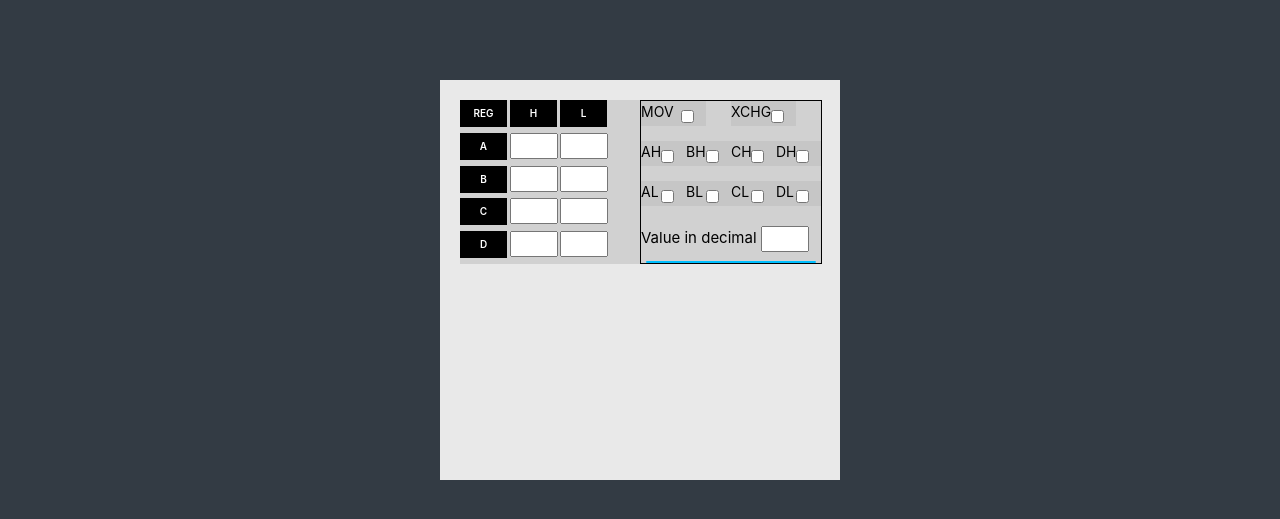
Repository: piookr-wsei/8086
Page: /
An editor plug-in stored every save of this project. The page is shown before and after the next save, followed by the edit.
The browser window is 1280 px wide. The pictures show the whole page.
The project was rebuilt for these pictures with package versions that can differ from the ones it lists, and the page was loaded fresh each time.

Above is the page before, as saved 2022-06-18 21:50:18.

### src/App.js
import React from 'react';
import { useState } from 'react';
import './App.css';
import { RegDesc, RegInput, RegWrapper, UiWindow, UiWrapper, SettingsWrapper, Labels, CheckWrapper, OpBox, LineWrap, NumDesc, RegChWrapper, Run } from './Components/Components.elements';


function App() {

  const xchg="xchg";
  const mov="mov"

  const [movChecked, setMovChecked] = useState(false);

  const [xchgChecked, setXchgChecked] = useState(false);

  const [opChosen,setOpChosen] = useState(null)

  function HandleCheck(name){
    if(name=="mov"){
      setMovChecked(!movChecked)
      setXchgChecked(false)
    }
    else if(name=="xchg"){
      setXchgChecked(!xchgChecked)
      setMovChecked(false)

    }
    setOpChosen(name)
  }

function OpChange(){
  return(
    <>
    <Labels>
      <CheckWrapper>
        MOV
        <OpBox type="checkbox"  checked={movChecked} onClick={() => HandleCheck(mov)} id="MOV"/>
      </CheckWrapper>
      <CheckWrapper style={{position:"relative", left:"10px"}}>
        XCHG
        <OpBox type="checkbox" checked={xchgChecked} onChange={() => HandleCheck(xchg)} id="XCHG" name="XCHG"/>
      </CheckWrapper>
    </Labels>
    </>
    )
  }







  return (
    <div className="App">
      <UiWindow>
        <UiWrapper>
          <RegWrapper>
            <RegDesc textContent={"REG"}/>  <RegDesc textContent={"H"}/>  <RegDesc textContent={"L"}/>

            <RegDesc textContent={"A"}/>  <RegInput maxLength={2}/> <RegInput maxLength={2}/>
            <RegDesc textContent={"B"}/>  <RegInput maxLength={2}/> <RegInput maxLength={2}/>
            <RegDesc textContent={"C"} />  <RegInput maxLength={2}/> <RegInput maxLength={2}/>
            <RegDesc textContent={"D"}/>  <RegInput maxLength={2}/> <RegInput maxLength={2}/>
          </RegWrapper>

          <SettingsWrapper>

              <OpChange/>

              <RegChWrapper>
                <CheckWrapper>
                  AH<OpBox type="checkbox"/>
                </CheckWrapper>
                <CheckWrapper>
                  BH<OpBox type="checkbox"/>
                </CheckWrapper>
                <CheckWrapper>
                  CH<OpBox type="checkbox"/>
                </CheckWrapper>
                <CheckWrapper>
                  DH<OpBox type="checkbox"/>
                </CheckWrapper>
                <CheckWrapper>
                  AL<OpBox type="checkbox"/>
                </CheckWrapper>
                <CheckWrapper>
                  BL<OpBox type="checkbox"/>
                </CheckWrapper>
                <CheckWrapper>
                  CL<OpBox type="checkbox"/>
                </CheckWrapper>
                <CheckWrapper>
                  DL<OpBox type="checkbox"/>
                </CheckWrapper>
              </RegChWrapper>

              <LineWrap>
              <NumDesc textContent={"Value in decimal"}/>  <RegInput maxLength={3} style={{width:"40px"}}/>
              </LineWrap>
              <Run></Run>
          </SettingsWrapper>



        </UiWrapper>
      </UiWindow>

    </div>
  );
}

export default App;

### src/App.css
body{
  height: 100%;
  background: rgba(1, 10, 22, 0.8);
}
.App {

}

.App-logo {
  height: 40vmin;
  pointer-events: none;
}

@media (prefers-reduced-motion: no-preference) {
  .App-logo {
    animation: App-logo-spin infinite 20s linear;
  }
}

.App-header {
  background-color: #282c34;
  min-height: 100vh;
  display: flex;
  flex-direction: column;
  align-items: center;
  justify-content: center;
  font-size: calc(10px + 2vmin);
  color: white;
}

.App-link {
  color: #61dafb;
}

@keyframes App-logo-spin {
  from {
    transform: rotate(0deg);
  }
  to {
    transform: rotate(360deg);
  }
}

### src/Components/Components.elements.js
import styled from "styled-components";

export const UiWindow = styled.div`
    height: 400px;
    width: 400px;
    background: rgb(233,233,233);
    position: relative;
    margin: auto;
    top: 80px;
`

export const UiWrapper = styled.div`
    border: 20px solid transparent;
    display: grid;
    grid-template-columns: 1fr 1fr;
`

export const RegWrapper = styled.div`
    width: 180px;
    background: rgba(0,0,0,0.1);
    position: relative;
    left: 0;
    display: grid;
    grid-template-columns: 50px 50px 50px;
`

export const RegInput = styled.input`
    height: 20px;
    width: 40px;
    margin-bottom:5px;
    text-align: center;
`

export const SettingsWrapper = styled.div`
    width: 180px;
    background: rgba(0,0,0,0.1);
    position: relative;
    right: 0;
    display: grid;
    grid-template-columns: 180px;
    border: solid 1px black;
    font-size: 14px;
    line-height: 22px;
    grid-template-rows: 40px 80px repeat(auto-fit, 40px);

`

export const RegDescSC = styled.div`
    height: 27px;
    width: 47px;
    background: black;
    margin-bottom:5px;
    color: white;
    font-weight: 600;
`

export const DescText = styled.p`
    font-size: 10px;
    text-align: center;
    position: relative;
    top: -3px;
`

export function RegDesc(props){
    return(
        <RegDescSC>
            <DescText>{props.textContent}</DescText>
        </RegDescSC>
    )
}

export const Labels = styled.div`
    display: grid;
    grid-template-columns: 80px 80px;
`

export const CheckWrapper = styled.div`
    background: rgba(0,0,0,0.05);
    min-width: 30px;
    max-width: 65px;
    height: 25px;
    display: flex;
    justify-content: space-between;
`

export const OpBox = styled.input`
    vertical-align: "middle";
    position: relative;
    top: 3px;
    left: -9px;
`

export const LineWrap = styled.div`
    width: 180px;
    display: flex;
    align-items: center;
`

export const NumSC = styled.div`
    width: 120px;
    text-align: left !important;
`

export function NumDesc(props){
    return(
        <NumSC>
            <DescText style={{textAlign: "left", fontSize:"15px"}}>{props.textContent}</DescText>
        </NumSC>
    )
}

export const RegChWrapper = styled.div`
width: 180px;
display: grid;
grid-template-columns: 45px 45px 45px 45px ;
`

export const Run = styled.button`
width: 170px;
border-radius: 10px;
border:transparent 4px;
background-color: #00bfff;
margin: 0px auto;
`

Loaded but not shown: public/index.html (common file); src/index.js (common file); src/index.css (common file); src/reportWebVitals.js (common file)

After the next save:
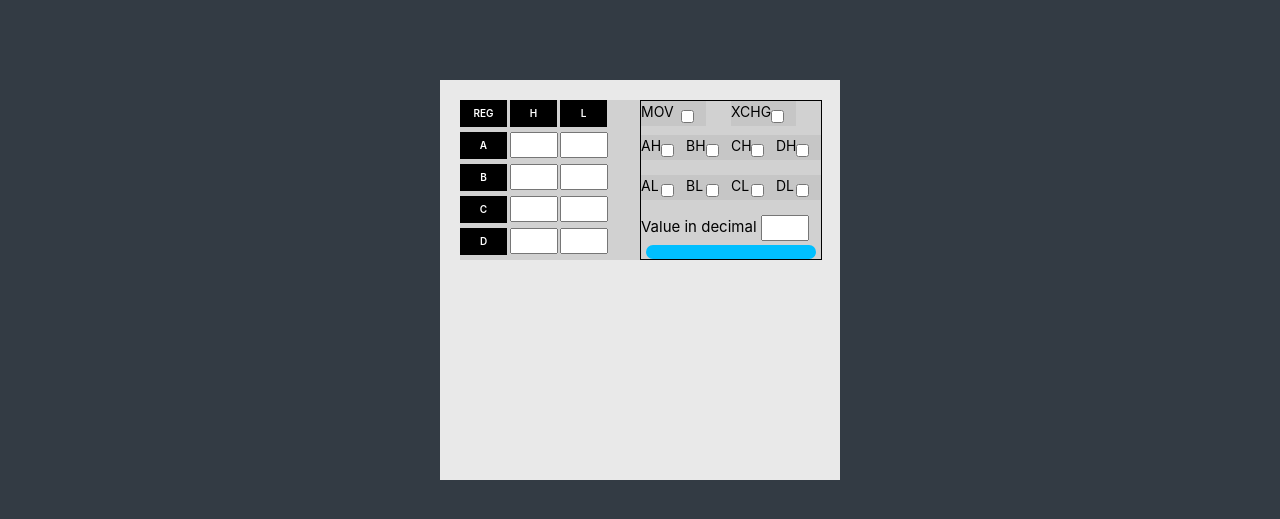
Saved 10 s later.
--- a/src/Components/Components.elements.js
+++ b/src/Components/Components.elements.js
@@ -41,7 +41,7 @@ export const SettingsWrapper = styled.div`
     border: solid 1px black;
     font-size: 14px;
     line-height: 22px;
-    grid-template-rows: 40px 80px repeat(auto-fit, 40px);
+    grid-template-rows: 34px 80px repeat(auto-fit, 30px);
 
 `
 
